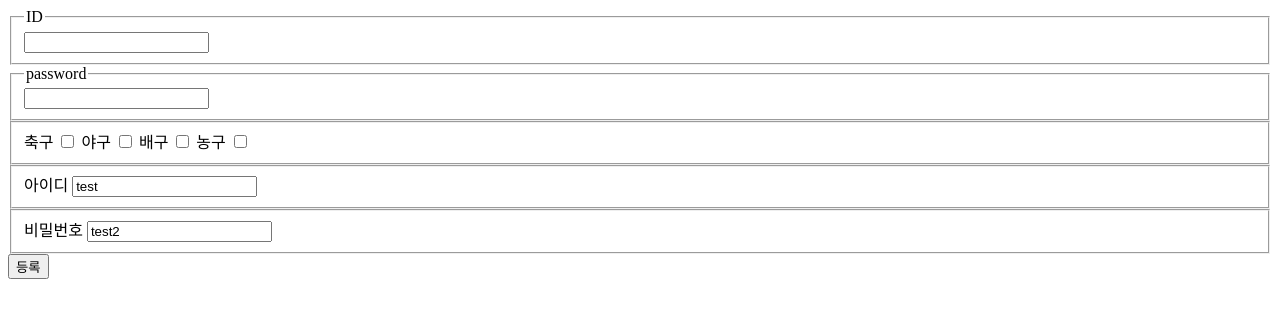
Repository: mireu930/Serverlet_App
Page: src/build/classes/webapp/template/sample_form.html
The author's editor kept a copy of each file at every save. The page is drawn from the files as they stood at one save, then again after the next save.
The browser window is 1280 px wide. The pictures show the whole page.

Above is the page before, as saved 2025-02-07 16:19:34.

After the next save:
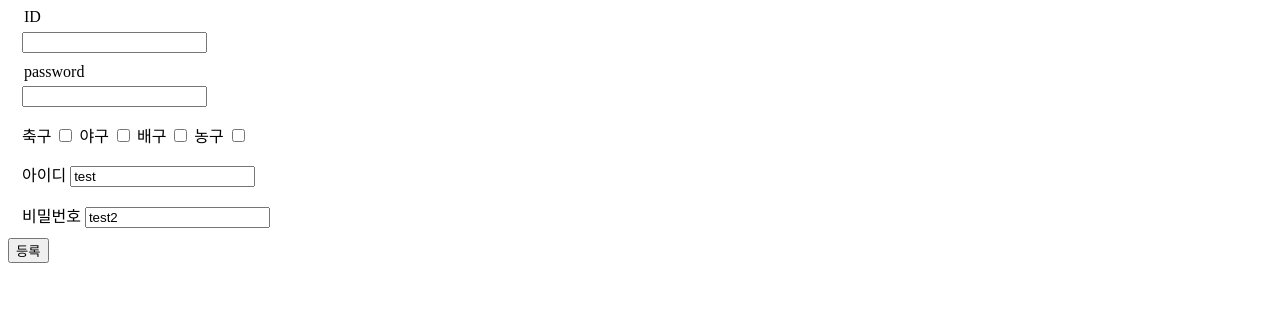
Saved 41 s later.
--- a/src/build/classes/webapp/template/sample_form.html
+++ b/src/build/classes/webapp/template/sample_form.html
@@ -4,6 +4,11 @@
   <meta charset="UTF-8">
   <meta name="viewport" content="width=device-width, initial-scale=1.0">
   <title>Document</title>
+  <style>
+    fieldset {
+      border:0;
+    }
+  </style>
 </head>
 <body>
   <form>
